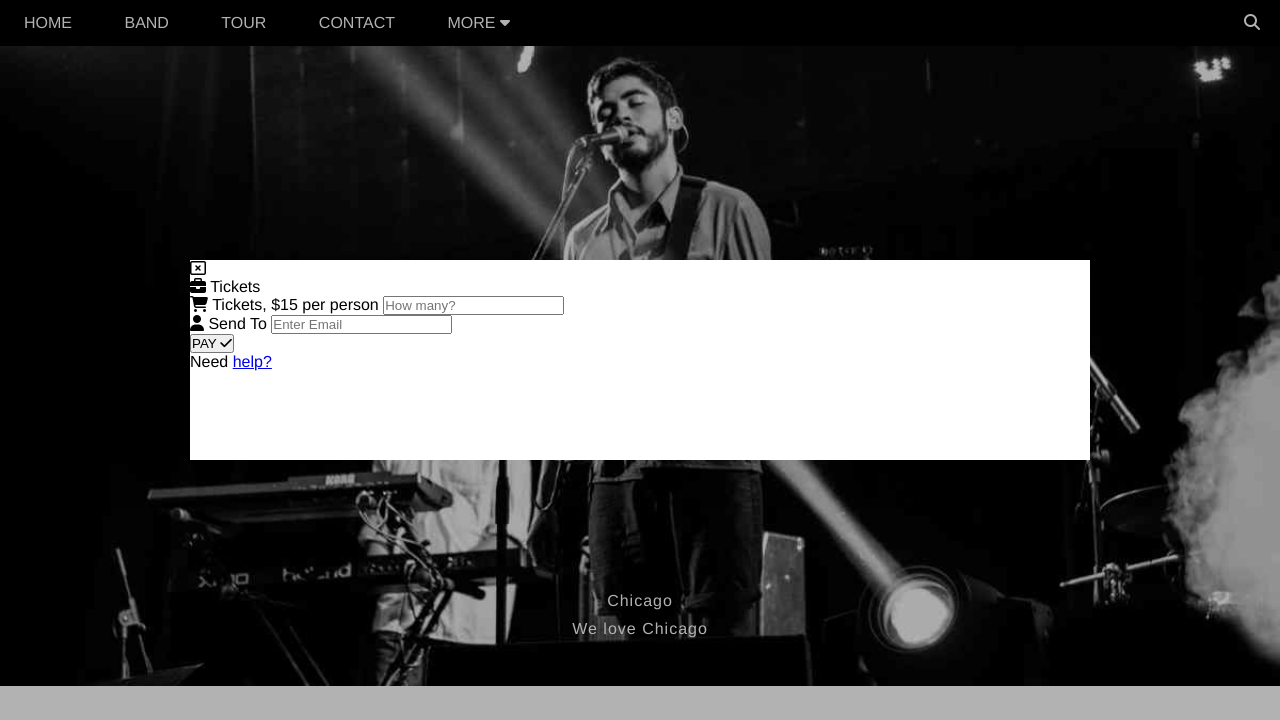
Repository: NguyenMinhChau/Theband
Page: index.html
These files come from the project's save history. The page is drawn as it stood at one moment and after the next save; the edit follows.
The browser window is 1280 px wide. The pictures show the window.
A layer covers the whole window, so only the first screen is drawn. Some web libraries are served in a nearby version.

Above is the page before, as saved 2021-10-23 12:55:21.

After the next save:
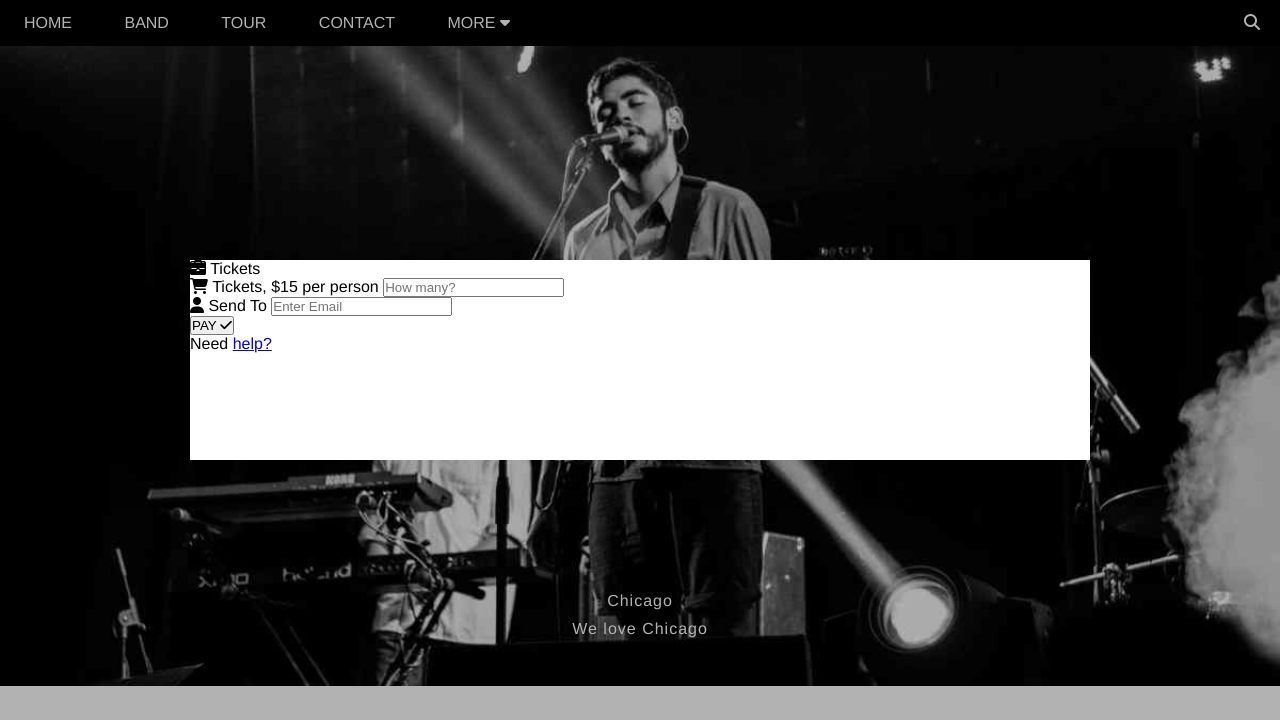
Saved 6 s later.
--- a/assets/css/style.css
+++ b/assets/css/style.css
@@ -317,7 +317,8 @@
 }
 
 .modal-close{
-    posi
+    position: absolute;
+    top:
 }
 
 .modal-header{
